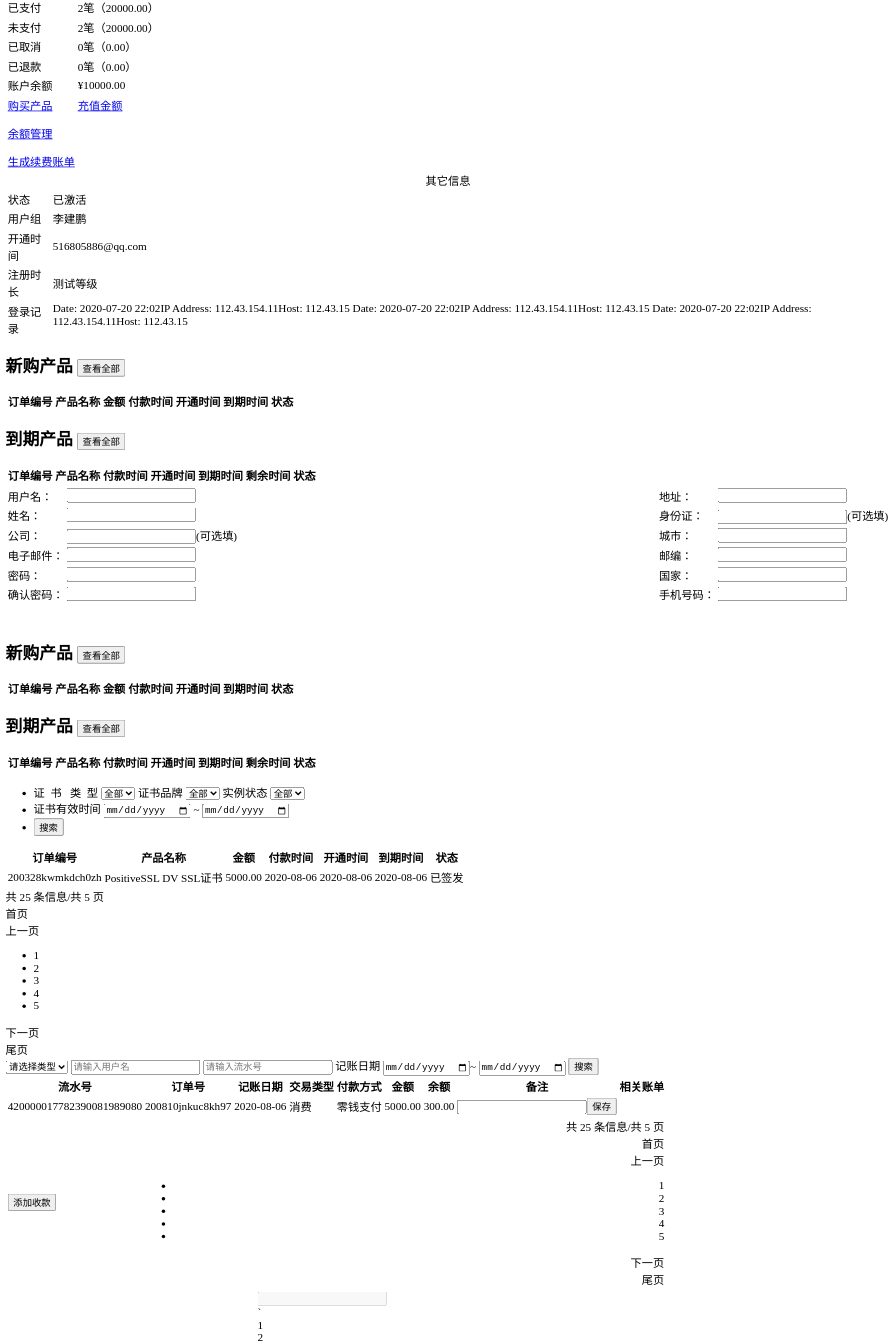
Repository: wangyan466393/racentSystem
Page: customerData.html
These files come from the project's save history. The page is drawn as it stood at one moment and after the next save; the edit follows.
The browser window is 1280 px wide. The pictures show the part of the page from y = 530 to 2450 px (the page is 3483 px tall before and 3411 px after), at 70% of full size.

Above is the page before, as saved 2020-08-13 17:51:37.

After the next save:
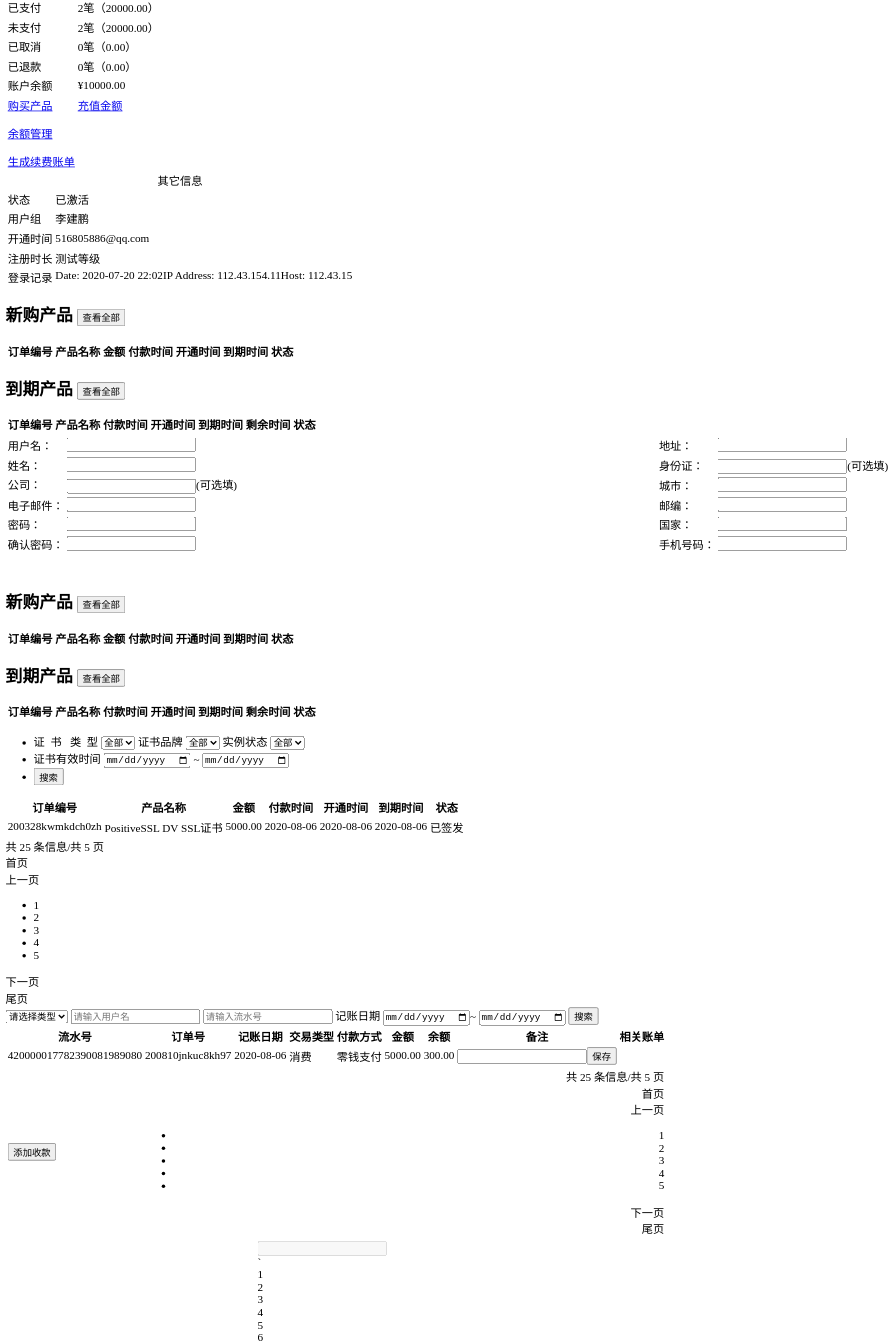
Saved 4 min 34 s later.
--- a/customerData.html
+++ b/customerData.html
@@ -129,8 +129,6 @@
                             <tr>
                                 <td rowspan="5" valign="top">登录记录</td>
                                 <td rowspan="5" valign="top">
-                                    <span> Date: 2020-07-20 22:02IP Address: 112.43.154.11Host: 112.43.15</span>
-                                    <span> Date: 2020-07-20 22:02IP Address: 112.43.154.11Host: 112.43.15</span>
                                     <span> Date: 2020-07-20 22:02IP Address: 112.43.154.11Host: 112.43.15</span>
                                 </td>
                             </tr>
